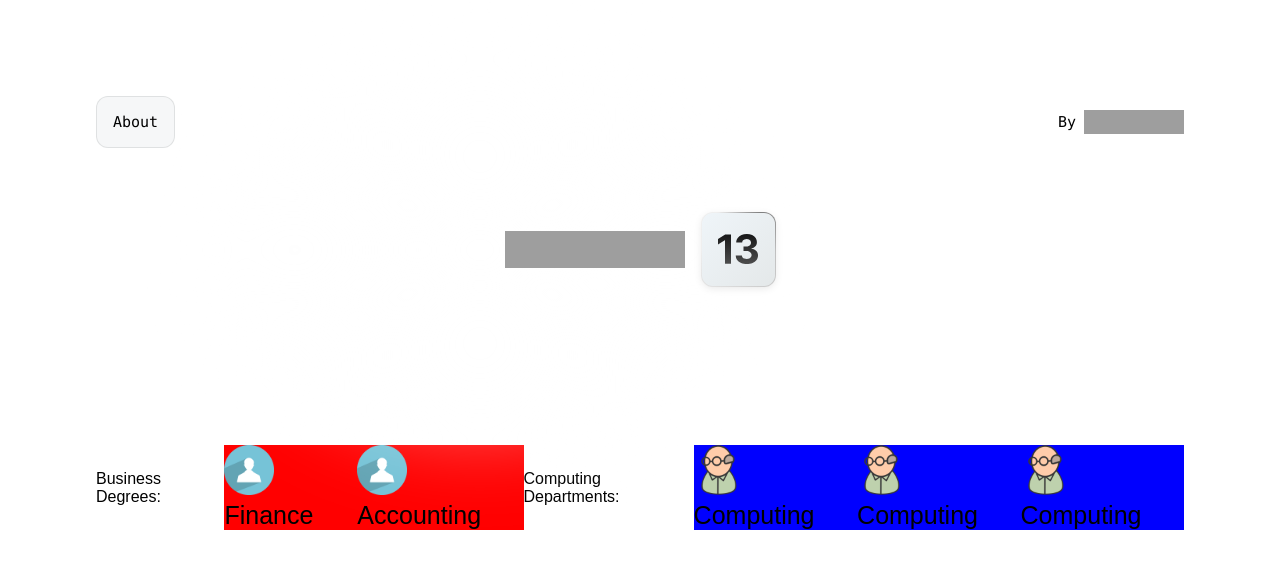
Repository: cheungglenda/MDIA2109-Week3
Page: /
These files come from the project's save history. The page is drawn as it stood at one moment and after the next save; the edit follows.
The browser window is 1280 px wide. The pictures show the whole page.
Pictures or frames that could not be fetched are drawn as grey boxes. The project was rebuilt for these pictures with package versions that can differ from the ones it lists, and the page was loaded fresh each time. The framework's server and built-in components were replaced by stand-ins that run in the browser. Also part of the build but not shown: next.config.js.

Above is the page before, as saved 2023-01-20 12:40:52.

### pages/index.js
import Head from 'next/head'
import Image from 'next/image'
import { Inter } from '@next/font/google'
import styles from '@/styles/Home.module.css'
import data from '../data/education.json'
import { useState } from 'react'
import Card from '../components/Card'
import Link from 'next/link'

const inter = Inter({ subsets: ['latin'] })

export default function Home() {

  /** ([...data]) enters the data in the useState and is calling that info. the useState has all the data from the education.json file */
  const [information, setInformation] = useState([...data])
  console.log(data);

  return (
    <>
      <Head>
        <title>Create Next App</title>
        <meta name="description" content="Generated by create next app" />
        <meta name="viewport" content="width=device-width, initial-scale=1" />
        <link rel="icon" href="/favicon.ico" />
      </Head>
      <main className={styles.main}>
        <div className={styles.description}>
          <p>
            <Link href="about">About</Link>
          </p>
          <div>
            <a
              href="https://vercel.com?utm_source=create-next-app&utm_medium=default-template&utm_campaign=create-next-app"
              target="_blank"
              rel="noopener noreferrer"
            >
              By{' '}
              <Image
                src="/vercel.svg"
                alt="Vercel Logo"
                className={styles.vercelLogo}
                width={100}
                height={24}
                priority
              />
            </a>
          </div>
        </div>

        <div className={styles.center}>
          <Image
            className={styles.logo}
            src="/next.svg"
            alt="Next.js Logo"
            width={180}
            height={37}
            priority
          />
          <div className={styles.thirteen}>
            <Image
              src="/thirteen.svg"
              alt="13"
              width={40}
              height={31}
              priority
            />
          </div>
        </div>


        <div className={styles.grid}>
          <div>Business Degrees:</div>
          {information && information.map((info, index) => {
            if(info.department.toLowerCase() === "business") {
            return (
              <Card key={index} degree={info.degree} color="red" font="25px"/>
            )
          }
          })}
           <div>Computing Departments:</div>
          {information && information.map((info, index) => {
            if(info.department.toLowerCase() === "computing") {
            return (
              <Card key={index} degree={info.department} color="blue" font="25px"/>
            )
          }
          })}
        </div>
      </main>
    </>
  )
}

/** .toLowerCase() is input when you don't want to worry about case sensitivity */

### styles/Home.module.css
.main {
  display: flex;
  flex-direction: column;
  justify-content: space-between;
  align-items: center;
  padding: 6rem;
  font-family:arial;
  min-height: 100vh;
  background-color: rgb(255, 255, 255);
}

.links {
  display: flex;
  padding-top:5px;
  margin-bottom:3%;
  justify-content: center;
  align-items: center;
  font-size: 18px;
  max-width: var(--max-width);
  width: 100%;
  font-weight:900;
  font-family: 'Courier New', Courier, monospace;
  text-transform:lowercase;
  padding-bottom:5px;
}

.description {
  display: inherit;
  justify-content: inherit;
  align-items: inherit;
  font-size: 15px;
  max-width: var(--max-width);
  width: 100%;
  font-family: var(--font-mono);
}

.description a {
  display: flex;
  justify-content: center;
  align-items: center;
  gap: 0.5rem;
}

.description p {
  position: relative;
  margin: 0;
  padding: 1rem;
  background-color: rgba(var(--callout-rgb), 0.5);
  border: 1px solid rgba(var(--callout-border-rgb), 0.3);
  border-radius: var(--border-radius);
}

.code {
  font-weight: 700;
  font-family: var(--font-mono);
}

.meetTitle {
  font-size: 50px;
  font-weight:700;
  text-transform:lowercase;
  font-family:'Courier New', Courier, monospace;
  text-align:center;
}

.grid {
  display: flex;
  justify-content:center;
  width: var(--max-width);
  max-width: 100%;
  align-items:center;
  flex: 1;
}

.card {
  padding: 1rem 1.2rem;
  border-radius: var(--border-radius);
  background: rgba(var(--card-rgb), 0);
  border: 1px solid rgba(var(--card-border-rgb), 0);
  transition: background 200ms, border 200ms;
}

.card span {
  display: inline-block;
  transition: transform 200ms;
}

.info {
  font-family:Arial, Helvetica, sans-serif;
}

.card h2 {
  font-weight: 600;
  margin-bottom: 0.7rem;
}

.card p {
  margin: 0;
  opacity: 0.6;
  font-size: 0.9rem;
  line-height: 1.5;
  max-width: 30ch;
}


.employees {
  display:flex;
  gap:20px;
  width: 80%;
  text-align:center;
  font-family:'Courier New', Courier, monospace;
}

.center {
  display: flex;
  justify-content: center;
  align-items: center;
  position: relative;
  padding: 4rem 0;
}

.center::before {
  background: var(--secondary-glow);
  border-radius: 50%;
  width: 480px;
  height: 360px;
  margin-left: -400px;
}

.center::after {
  background: var(--primary-glow);
  width: 240px;
  height: 180px;
  z-index: -1;
}

.center::before,
.center::after {
  content: '';
  left: 50%;
  position: absolute;
  filter: blur(45px);
  transform: translateZ(0);
}

.logo,
.thirteen {
  position: relative;
}

.thirteen {
  display: flex;
  justify-content: center;
  align-items: center;
  width: 75px;
  height: 75px;
  padding: 25px 10px;
  margin-left: 16px;
  transform: translateZ(0);
  border-radius: var(--border-radius);
  overflow: hidden;
  box-shadow: 0px 2px 8px -1px #0000001a;
}

.thirteen::before,
.thirteen::after {
  content: '';
  position: absolute;
  z-index: -1;
}

/* Conic Gradient Animation */
.thirteen::before {
  animation: 6s rotate linear infinite;
  width: 200%;
  height: 200%;
  background: var(--tile-border);
}

/* Inner Square */
.thirteen::after {
  inset: 0;
  padding: 1px;
  border-radius: var(--border-radius);
  background: linear-gradient(
    to bottom right,
    rgba(var(--tile-start-rgb), 1),
    rgba(var(--tile-end-rgb), 1)
  );
  background-clip: content-box;
}

/* Enable hover only on non-touch devices */
@media (hover: hover) and (pointer: fine) {
  .card:hover {
    background: rgba(var(--card-rgb), 0.1);
    border: 1px solid rgba(var(--card-border-rgb), 0.15);
  }

  .card:hover span {
    transform: translateX(4px);
  }
}

@media (prefers-reduced-motion) {
  .thirteen::before {
    animation: none;
  }

  .card:hover span {
    transform: none;
  }
}

/* Mobile */
@media (max-width: 700px) {
  .content {
    padding: 4rem;
  }

  .grid {
    grid-template-columns: 1fr;
    margin-bottom: 120px;
    max-width: 320px;
    text-align: center;
  }

  .card {
    padding: 1rem 2.5rem;
  }

  .card h2 {
    margin-bottom: 0.5rem;
  }

  .center {
    padding: 8rem 0 6rem;
  }

  .center::before {
    transform: none;
    height: 300px;
  }

  .description {
    font-size: 0.8rem;
  }

  .description a {
    padding: 1rem;
  }

  .description p,
  .description div {
    display: flex;
    justify-content: center;
    position: fixed;
    width: 100%;
  }

  .description p {
    align-items: center;
    inset: 0 0 auto;
    padding: 2rem 1rem 1.4rem;
    border-radius: 0;
    border: none;
    border-bottom: 1px solid rgba(var(--callout-border-rgb), 0.25);
    background: linear-gradient(
      to bottom,
      rgba(var(--background-start-rgb), 1),
      rgba(var(--callout-rgb), 0.5)
    );
    background-clip: padding-box;
    backdrop-filter: blur(24px);
  }

  .description div {
    align-items: flex-end;
    pointer-events: none;
    inset: auto 0 0;
    padding: 2rem;
    height: 200px;
    background: linear-gradient(
      to bottom,
      transparent 0%,
      rgb(var(--background-end-rgb)) 40%
    );
    z-index: 1;
  }
}

/* Tablet and Smaller Desktop */
@media (min-width: 701px) and (max-width: 1120px) {
  .grid {
    grid-template-columns: repeat(2, 50%);
  }
}

@media (prefers-color-scheme: dark) {
  .vercelLogo {
    filter: invert(1);
  }

  .logo,
  .thirteen img {
    filter: invert(1) drop-shadow(0 0 0.3rem #ffffff70);
  }
}

@keyframes rotate {
  from {
    transform: rotate(360deg);
  }
  to {
    transform: rotate(0deg);
  }
}

### data/education.json
[
        {
            "studentNumber": "A0004567",
            "firstName": "Person 1",
            "gpa": 3.8,
            "department": "Business",
            "degree": "Finance",
            "graduted": 2014
        },
        {
            "studentNumber": "A0001234",
            "firstName": "Person 2",
            "gpa": 3.5,
            "department": "Business",
            "degree": "Accounting",
            "graduted": 2010
        },
        {
            "studentNumber": "A0007890",
            "firstName": "Person 3",
            "gpa": 3.2,
            "department": "Computing",
            "degree": "Applied Software Development Certificate",
            "graduted": 2018
        },
        {
            "studentNumber": "A0007828",
            "firstName": "Person 4",
            "gpa": 3.9,
            "department": "Computing",
            "degree": "Computer Systems Diploma",
            "graduted": 2021
        },
        {
            "studentNumber": "A0003425",
            "firstName": "Person 5",
            "gpa": 3.2,
            "department": "Computing",
            "degree": "Applied Computer Information Systems Certificate",
            "graduted": 2021
        }
]

### components/Card/index.js
export default function EmployeeCard({
    degree = "none",
    color = "purple",
    font = "O",
    image = "icon/personTwo.png"
}) {
    return (
        <div style={{backgroundColor: color, fontSize: font}}>
            {
                color === "red" ? <img src={'icon/person.png'} width="50"/> :
                color === "blue" ? <img src={'icon/personThree.png'} width="50"/> :
                <img src={image} width="50"/>
            }
            {degree}
        </div>
    )
}

Loaded but not shown: pages/_app.js (common file); pages/_document.js (common file); styles/globals.css (common file)

After the next save:
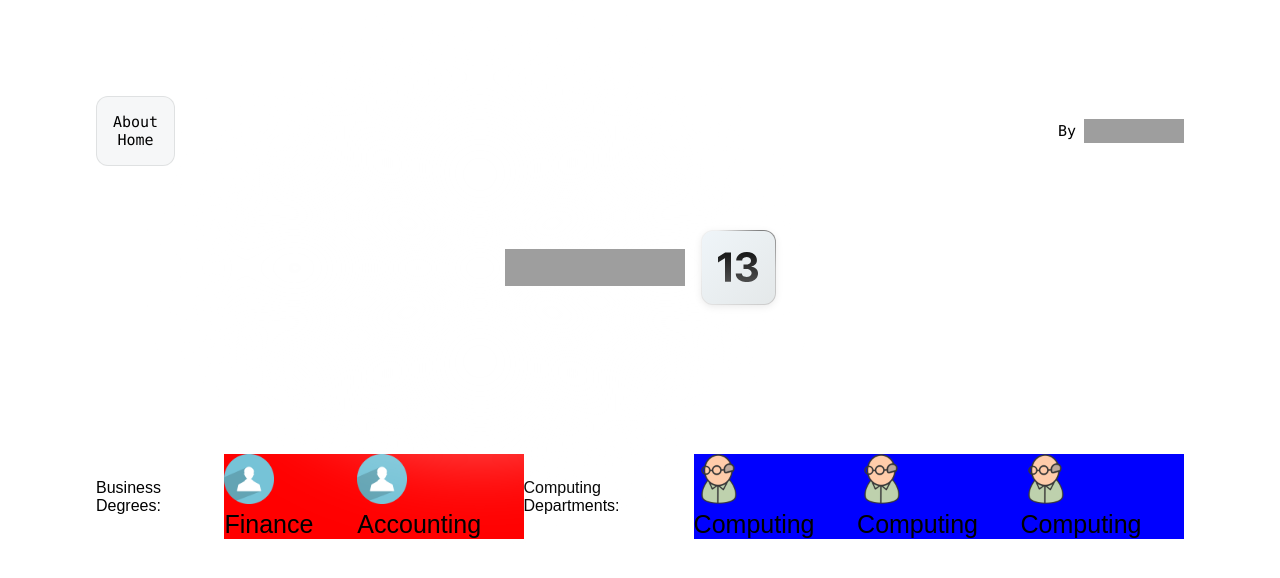
Saved 32 s later.
--- a/pages/index.js
+++ b/pages/index.js
@@ -27,6 +27,7 @@
         <div className={styles.description}>
           <p>
             <Link href="about">About</Link>
+            <Link href="/">Home</Link>
           </p>
           <div>
             <a

After the save that followed:
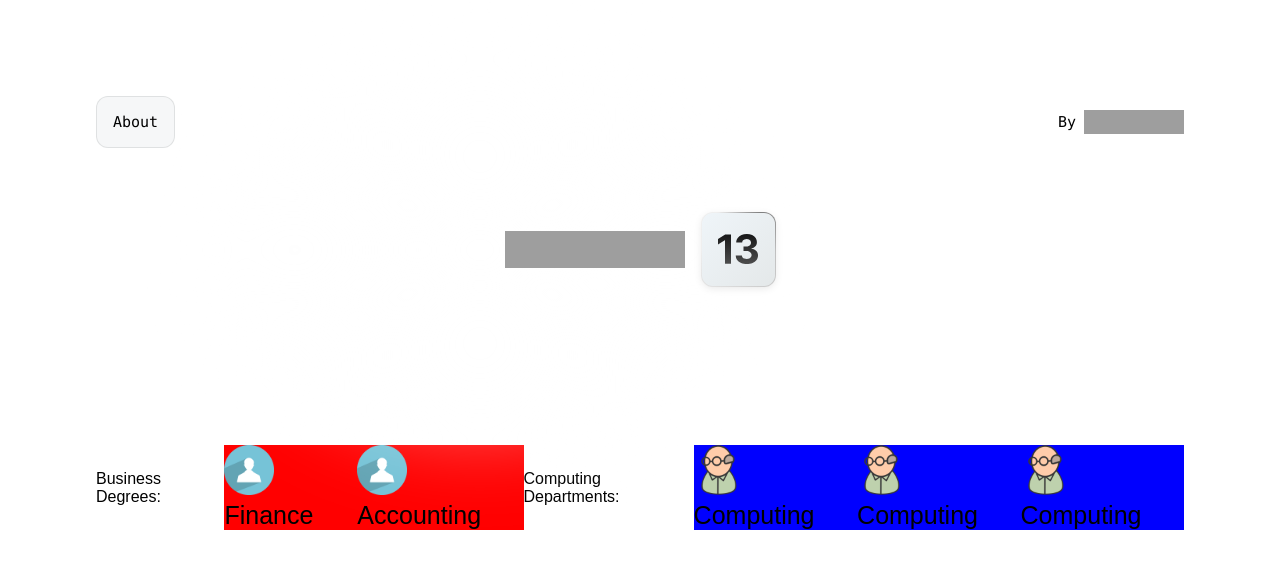
Saved 10 s later.
--- a/pages/index.js
+++ b/pages/index.js
@@ -27,7 +27,7 @@
         <div className={styles.description}>
           <p>
             <Link href="about">About</Link>
-            <Link href="/">Home</Link>
+
           </p>
           <div>
             <a
